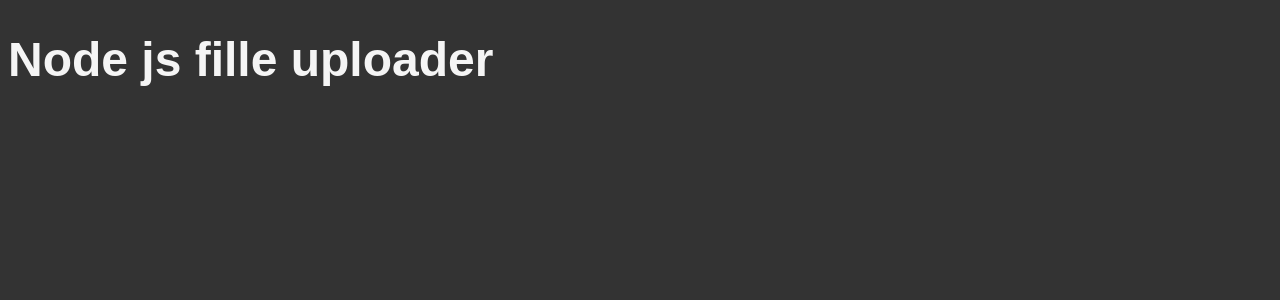
Repository: mohamediyas/node_image_upload
Page: index.html
These files come from the project's save history. The page is drawn as it stood at one moment and after the next save; the edit follows.
The browser window is 1280 px wide. The pictures show the whole page.

Above is the page before, as saved 2022-06-20 19:18:15.

### index.html
<!DOCTYPE html>
<html lang="en">
  <head>
    <meta charset="UTF-8" />
    <meta http-equiv="X-UA-Compatible" content="IE=edge" />
    <meta name="viewport" content="width=device-width, initial-scale=1.0" />
    <title>Upload File</title>
    <style>
      body {
        font-family: Arial, Helvetica, sans-serif;
        font-size: 1.5rem;
        background-color: #333;
        color: whitesmoke;
      }

      input,
      button {
        font: inherit;
        width: max-content;
      }

      form {
        display: flex;
        flex-flow: column nowrap;
        gap: 1.5rem;
      }
    </style>
  </head>
  <body>
    <h1>Node js fille uploader</h1>
  </body>
</html>

After the next save:
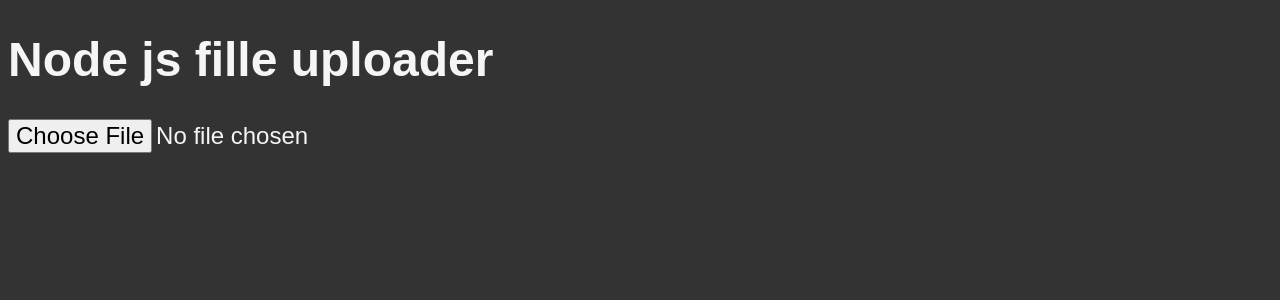
Saved 77 s later.
--- a/index.html
+++ b/index.html
@@ -28,5 +28,9 @@
   </head>
   <body>
     <h1>Node js fille uploader</h1>
+
+    <form id="uploadForm" enctype="multipart/form-data">
+      <input type="file" id="myFiles" accept="image/*" />
+    </form>
   </body>
 </html>
